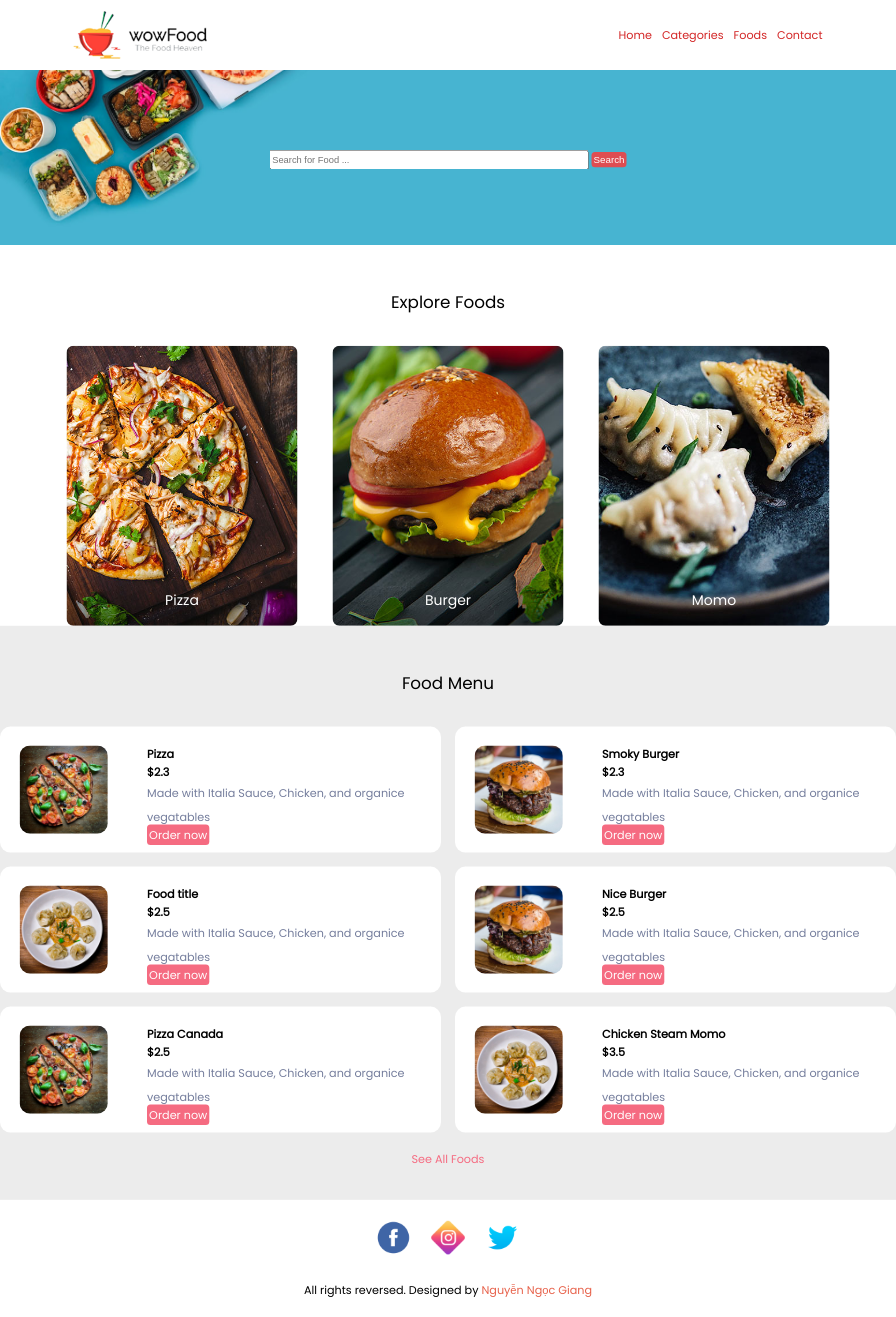
Repository: ruaruababa/WowFood
Page: index.html
An editor plug-in stored every save of this project. The page is shown before and after the next save, followed by the edit.
The browser window is 1280 px wide. The pictures show the whole page, at 70% of full size.
The pointer rests on the first visible `.list-food li`.

Above is the page before, as saved 2021-09-18 11:13:02.

### index.html
<!DOCTYPE html>
<html lang="en">

<head>
    <meta charset="UTF-8" />
    <meta http-equiv="X-UA-Compatible" content="IE=edge" />
    <meta name="viewport" content="width=device-width, initial-scale=1.0" />
    <title>Document</title>
    <link rel="stylesheet" href="./style.css" />
    <link rel="stylesheet" href="./reset.css" />
    <link rel="preconnect" href="https://fonts.googleapis.com" />
    <link rel="preconnect" href="https://fonts.gstatic.com" crossorigin />
    <link href="https://fonts.googleapis.com/css2?family=Poppins:wght@400&display=swap" rel="stylesheet" />
</head>

<body>
    <header>
        <div class="container-header">
            <div class="header-left">
                <img src="./img/logo.png" alt="" />
            </div>
            <div class="header-right">
                <ul class="nav">
                    <li class="item"><a href="">Home</a></li>
                    <li class="item"><a href="">Categories</a></li>
                    <li class="item"><a href="">Foods</a></li>
                    <li class="item"><a href="">Contact</a></li>
                </ul>
            </div>
        </div>
    </header>
    <nav>
        <div class="container-nav">
            <div class="background-search">
                <img src="./img/bg.jpg" alt="bgr-search" />
            </div>
            <div class="form">
                <input type="text" placeholder="Search for Food ..." class="input-search" />
                <!-- <button class="btn-search">Search</button> -->
                <input type="button" value="Search" class="btn-search" />
            </div>
        </div>
    </nav>
    <section>
        <div class="container-section">
            <div class="explore-food">Explore Foods</div>
            <div class="collection-food">
                <ul class="list-food">
                    <li class="item"><img src="./img/pizza.jpg" alt="" /><span>Pizza</span></li>
                    <li class="item"><img src="./img/burger.jpg" alt="" /><span>Burger</span></li>
                    <li class="item"><img src="./img/momo.jpg" alt="" /><span>Momo</span></li>
                </ul>
            </div>
        </div>
    </section>
    <article>
        <div class="container-article">
            <div class="title-food-menu">Food Menu</div>
            <div class="container-menu">
                <div class="container-item">
                    <img src="./img/menu-pizza.jpg" alt="" class="bgr-item" />
                    <div class="item-content">
                        <h6 class="title-item">Pizza</h6>
                        <span class="price-item">$2.3</span>
                        <p class="des-item">
                            Made with Italia Sauce, Chicken, and organice vegatables
                        </p>
                        <a href="" class="oder-item">Order now</a>
                    </div>
                </div>
                <div class="container-item">
                    <img src="./img/menu-burger.jpg" alt="" class="bgr-item" />
                    <div class="item-content">
                        <h6 class="title-item">Smoky Burger</h6>
                        <span class="price-item">$2.3</span>
                        <p class="des-item">
                            Made with Italia Sauce, Chicken, and organice vegatables
                        </p>
                        <a href="" class="oder-item">Order now</a>
                    </div>
                </div>
                <div class="container-item">
                    <img src="./img/menu-momo.jpg" alt="" class="bgr-item" />
                    <div class="item-content">
                        <h6 class="title-item">Food title</h6>
                        <span class="price-item">$2.5</span>
                        <p class="des-item">
                            Made with Italia Sauce, Chicken, and organice vegatables
                        </p>
                        <a href="" class="oder-item">Order now</a>
                    </div>
                </div>
                <div class="container-item">
                    <img src="./img/menu-burger.jpg" alt="" class="bgr-item" />
                    <div class="item-content">
                        <h6 class="title-item">Nice Burger</h6>
                        <span class="price-item">$2.5</span>
                        <p class="des-item">
                            Made with Italia Sauce, Chicken, and organice vegatables
                        </p>
                        <a href="" class="oder-item">Order now</a>
                    </div>
                </div>
                <div class="container-item">
                    <img src="./img/menu-pizza.jpg" alt="" class="bgr-item" />
                    <div class="item-content">
                        <h6 class="title-item">Pizza Canada</h6>
                        <span class="price-item">$2.5</span>
                        <p class="des-item">
                            Made with Italia Sauce, Chicken, and organice vegatables
                        </p>
                        <a href="" class="oder-item">Order now</a>
                    </div>
                </div>
                <div class="container-item">
                    <img src="./img/menu-momo.jpg" alt="" class="bgr-item" />
                    <div class="item-content">
                        <h6 class="title-item">Chicken Steam Momo</h6>
                        <span class="price-item">$3.5</span>
                        <p class="des-item">
                            Made with Italia Sauce, Chicken, and organice vegatables
                        </p>
                        <a href="" class="oder-item">Order now</a>
                    </div>
                </div>
            </div>
            <div class="footer-food-menu">
                <a href="#" class="see-all-foods">See All Foods</a>
            </div>
        </div>
    </article>
    <footer>
        <div class="container-footer">
            <div class="social-network-icon">
                <div class="icon-fb">
                    <a href="https://www.facebook.com/WowFoodPage"><img src="./img/facebook_icon-icons.com_59205.png"
                            alt="" /></a>
                </div>
                <div class="icon-insta">
                    <a href="https://www.instagram.com/wowfoodrus/"><img src="./img/intsa-icon.png" alt="" /></a>
                </div>
                <div class="icon-twitter">
                    <a href="https://twitter.com/WOWFoodPics"><img src="./img/twitter_socialnetwork_20007.png"
                            alt="" /></a>
                </div>
            </div>
            <div class="license">
                <p>
                    All rights reversed. Designed by <a href="">Nguyễn Ngọc Giang</a>
                </p>
            </div>
        </div>
    </footer>
</body>

</html>

### style.css
.container-header {
    display: flex;
    justify-content: space-between;
    align-items: center;
    margin-top: 15px;
}

.header-left {
    display: flex;
    margin-left: 100px;
}

.header-left img {}

.name-brand {
    margin-top: 50%;
}

.header-right {
    font-family: "Poppins", sans-serif;
    margin-right: 100px;
}

.nav {
    list-style: none;
}

.nav li {
    display: inline;
    padding-left: 10px;
    transition:.2s all;
    padding: 5px;
}

.nav li a {
    text-decoration: none;
    color: rgb(211, 38, 38);
}

.nav:hover .item{
    filter:blur(3px);
  opacity:.5;
  transform: scale(.98);
  box-shadow:none;
}
.nav:hover .item:hover{
    transform:scale(1);
  filter:blur(0px);
  opacity:1;
  box-shadow:0 8px 20px 0px rgba(0,0,0,0.125);
  border-radius: 5px;
}


nav {
    position: relative;
    max-width: 100%;
    max-height: 100%;
    height: 250px;
}

.container-nav {
    text-align: center;
    margin-top: 15px;
}

.background-search {
    height: 250px;
}

.background-search img {
    height: inherit;
    width: 100%;
    object-fit: cover;
}

.form {
    width: 100%;
    position: absolute;
    top: 50%;
    left: 50%;
    transform: translate(-50%, -50%);
    height: 22px;
}

.input-search {
    width: 35%;
    height: inherit;
}

.btn-search {
    background-color: rgba(250, 59, 59, 0.849);
    border: none;
    border-radius: 5px;
    font-size: 14px;
    color: white;
    cursor: pointer;
    padding: 3px;
}

section {
    position: relative;
}

.explore-food {
    padding-top: 70px;
    text-align: center;
    font-size: 24px;
    font-family: "Poppins", sans-serif;
}

.list-food {
    margin-top: 50px;
    display: flex;
    justify-content: center;
    column-gap: 50px;
}

.list-food li {
    width: 330px;
    height: 400px;
}
.list-food li:hover{
    transform: s;
}

.list-food li img {
    width: 100%;
    height: 100%;
    object-fit: cover;
    border-radius: 10px;
}

.list-food li span {
    font-family: "Poppins", sans-serif;
    display: block;
    font-size: 20px;
    text-align: center;
    color: #ffffff;
    margin-top: -50px;
}

article {
    background-color: #ececec;
}

.title-food-menu {
    padding-top: 70px;
    font-size: 24px;
    text-align: center;
    font-family: "Poppins", sans-serif;
}

.container-menu {
    padding-top: 50px;
    display: grid;
    grid-gap: 20px;
    grid-template-columns: repeat(auto-fit, minmax(550px, 1fr));
    grid-auto-rows: 180px;
    justify-items: center;
    font-family: "Poppins", sans-serif;
}

.container-item:nth-child(odd) {
    justify-self: end;
}

.container-item:nth-child(even) {
    justify-self: start;
}

.container-item {
    background-color: #ffffff;
    display: flex;
    align-items: center;
    border-radius: 15px;
}

.container-item img {
    width: 25%;
    height: 70%;
    object-fit: cover;
    border-radius: 15px;
    margin: 0 28px;
}

.container-item .item-content {
    width: 100%;
    height: 70%;
    object-fit: cover;
    border-radius: 15px;
    margin: 0 28px;
}

.item-content {
    display: inline-block;
}

.title-item {
    font-size: 16px;
    font-weight: bold;
    line-height: 25px;
}

.price-item {
    line-height: 25px;
    font-weight: bold;
}

.des-item {
    line-height: 35px;
    color: #747d9c;
}

.oder-item {
    text-decoration: none;
    background-color: #f56b81;
    color: white;
    border-radius: 5px;
    padding: 3px;
}

.footer-food-menu {
    margin-top: 30px;
}

.see-all-foods {
    display: block;
    text-align: center;
    text-decoration: none;
    color: #f56b81;
    padding-bottom: 50px;
    font-family: "Poppins", sans-serif;
}

.social-network-icon {
    display: flex;
    justify-content: center;
    margin-top: 30px;
}

.icon-insta {
    margin: 0 30px;
}

.license {
    margin-top: 40px;
    margin-bottom: 30px;
    font-family: "Poppins", sans-serif;
}

.license p {
    text-align: center;
}

.license p a {
    text-decoration: none;
    color: #e7614a;
}

Loaded but not shown: reset.css (common file)

After the next save:
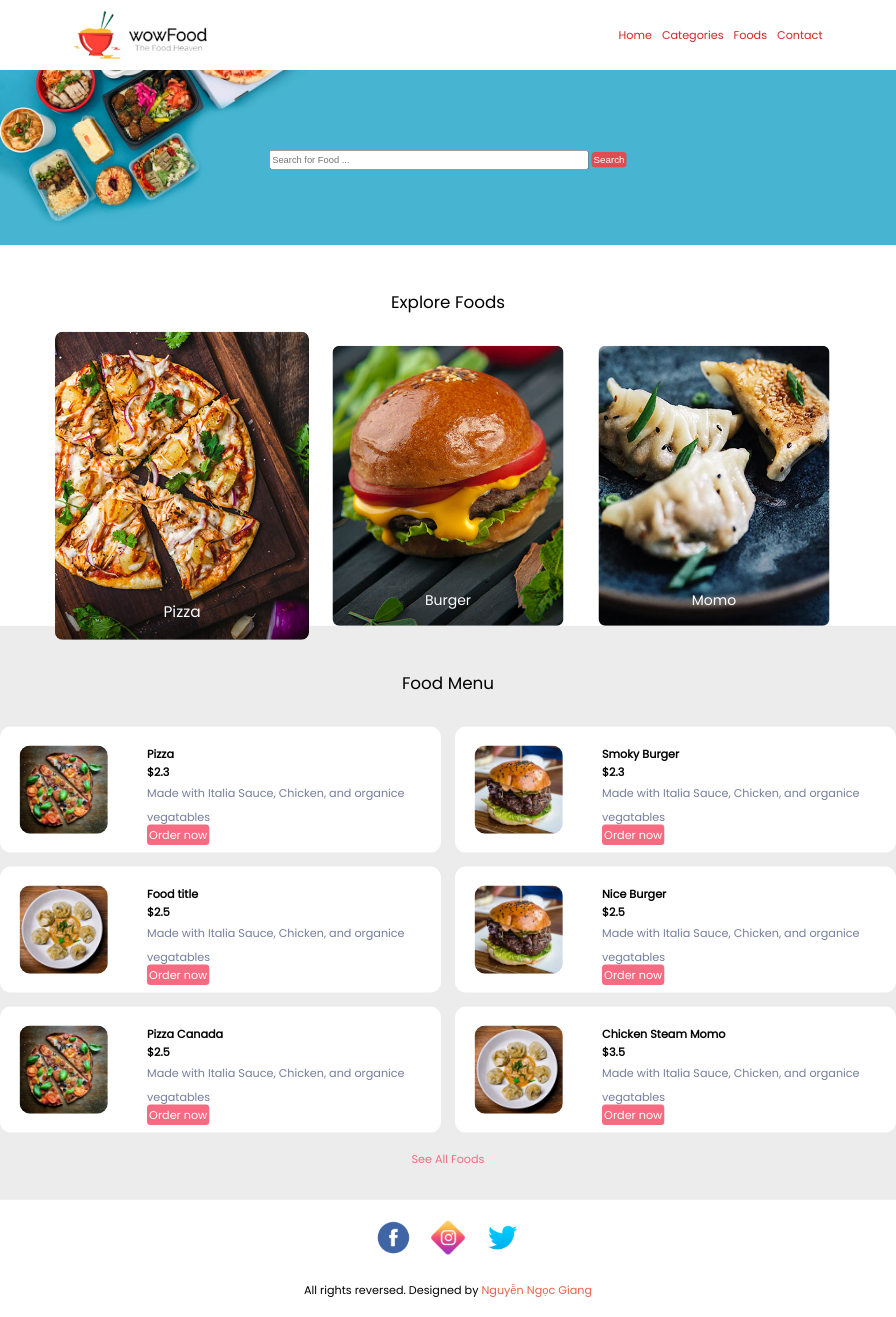
Saved 5 s later.
--- a/style.css
+++ b/style.css
@@ -121,7 +121,7 @@ section {
     height: 400px;
 }
 .list-food li:hover{
-    transform: s;
+    transform: scale(1.1);
 }
 
 .list-food li img {
